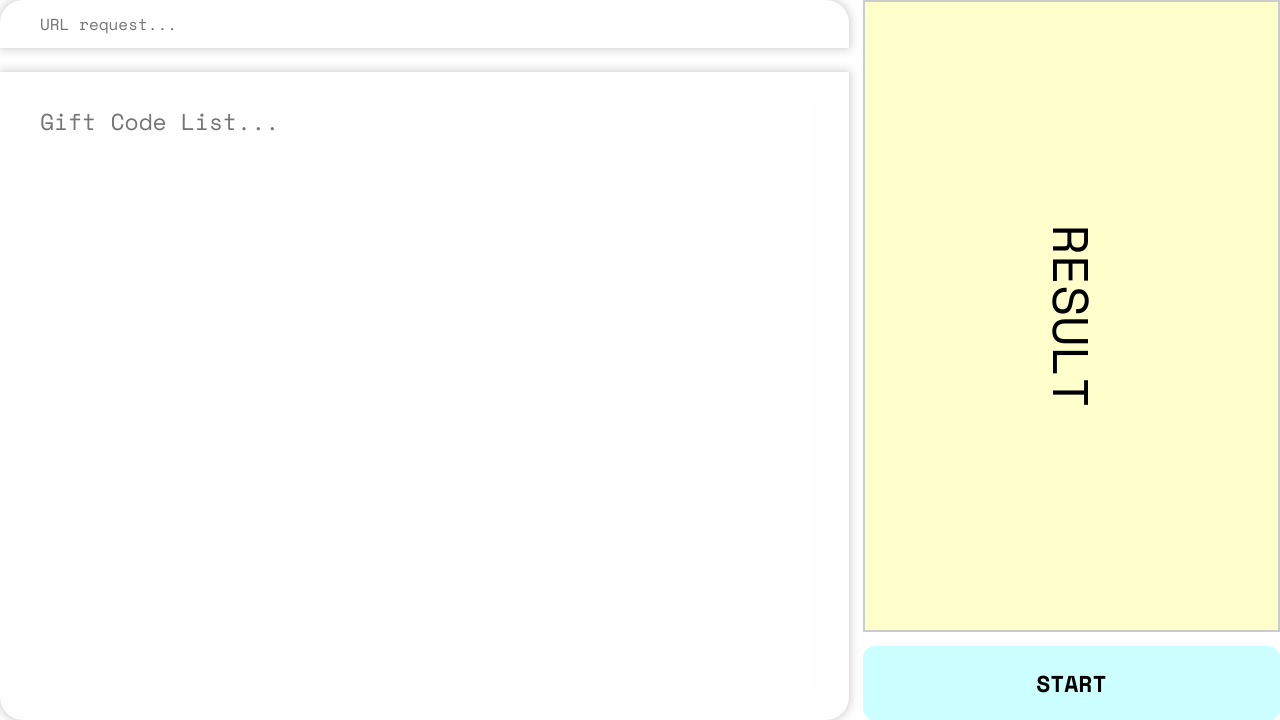
Repository: 777hanh777hanh/test
Page: index.html
An editor plug-in stored every save of this project. The page is shown before and after the next save, followed by the edit.
The browser window is 1280 px wide. The pictures show the whole page.

Above is the page before, as saved 2023-06-30 17:52:28.

After the next save:
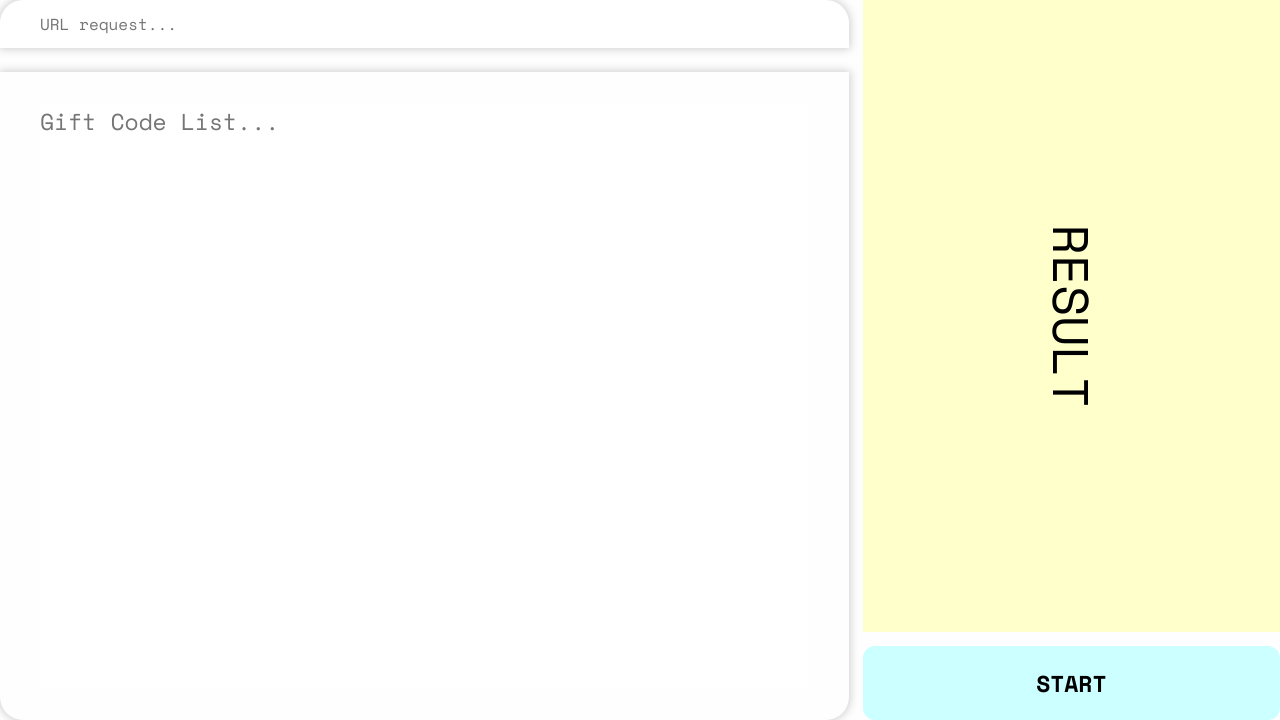
Saved 16 s later.
--- a/assets/css/style.css
+++ b/assets/css/style.css
@@ -93,7 +93,6 @@ html *::-webkit-scrollbar-track {
     justify-content: center;
     align-items: center;
     flex-grow: 1;
-    border: 2px solid #ccc;
     background: #ffc;
 }
 
